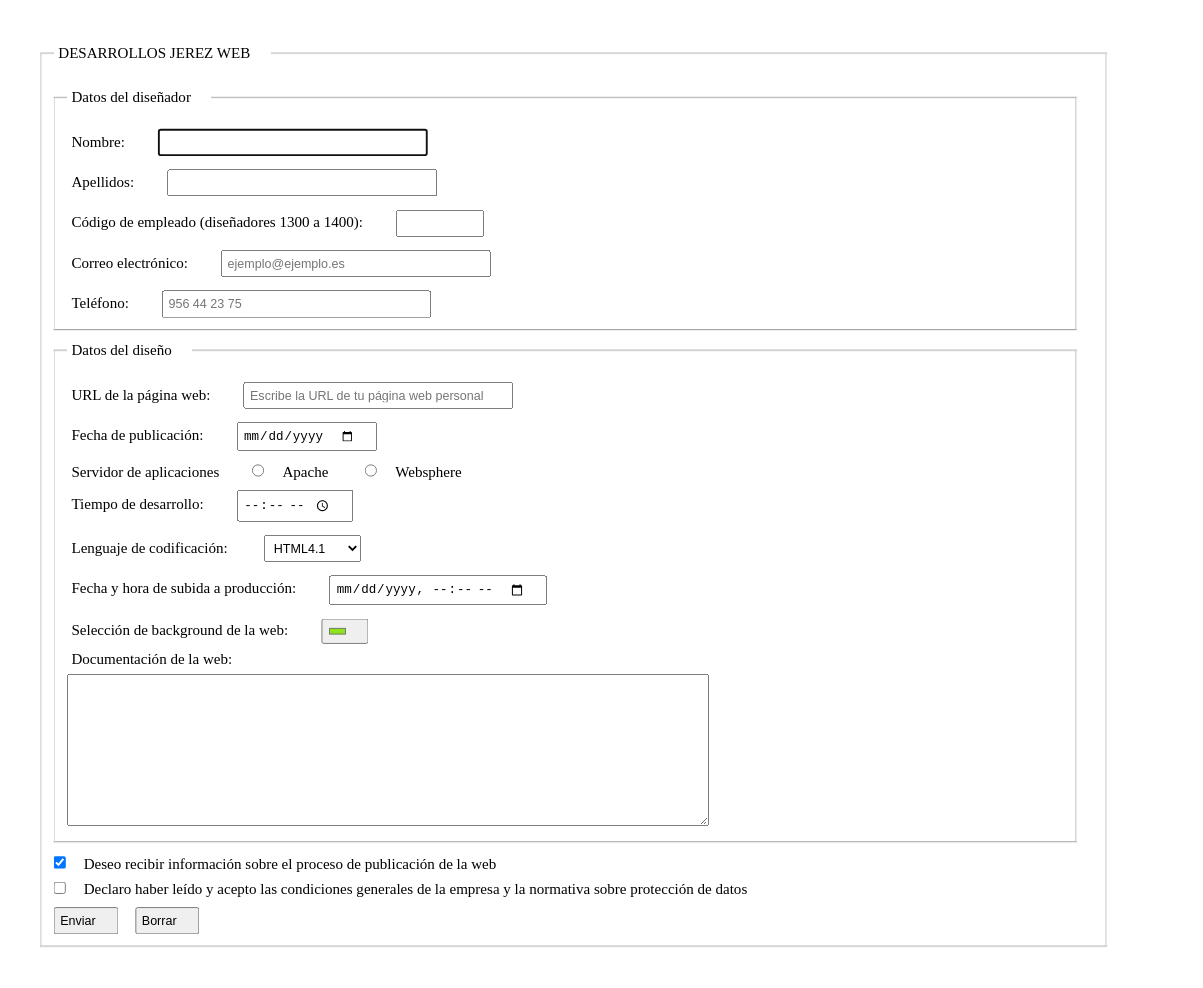
Repository: iSaan86/EV_Practica_FormularioCSS
Page: index.html
An editor plug-in stored every save of this project. The page is shown before and after the next save, followed by the edit.
The browser window is 1280 px wide. The pictures show the whole page, at 94% of full size.

Above is the page before, as saved 2024-01-11 17:32:40.

### index.html
<!DOCTYPE html>
<html lang="es-ES">

<head>
    <meta charset="UTF-8">
    <meta name="viewport" content="width=device-width, initial-scale=1.0">
    <meta name="keywords" content="formulario, html, css, practica">
    <meta name="description" content="Formularios">
    <meta name="author" content="Alexandra Ferrera Arenas">
    <link rel="icon" type="image/x-icon" href="img/logo-giro.png">
    <link rel="stylesheet" href="css/estilo.css">
    <title> Desarrollos JEREZ WEB </title>
</head>

<body>
    <!-- ABRO FORMULARIO -->
    <form method="get" action="" name="formulario1" id="formulario1">
        <!--AGRUPACION GENERAL-->
        <fieldset>
            <legend class="datos">DESARROLLOS JEREZ WEB</legend>
            <fieldset><legend class="datos2">Datos del diseñador</legend>
                <label for="nombre">Nombre:</label><input type="text" id="nombre" name="nombre" alt="indique su nombre" size="30%" autofocus required maxlength="50"><br>
                <label for="apellidos">Apellidos:</label><input type="text" id="apellidos" name="apellidos" alt="indique sus apellidos" size="30%" required maxlength="50"><br>
                <label for="codigo">Código de empleado (diseñadores 1300 a 1400):</label><input type="number" id="codigo" name="codigo" alt="indique su código de empleado" required min="1300" max="1400"><br>
                <label for="email">Correo electrónico:</label><input type="email" id="email" name="email" alt="indique su email" size="30%" placeholder="ejemplo@ejemplo.es" required><br>
                <label for="telefono">Teléfono:</label><input type="tel" id="telefono"  name="telefono" alt="indique su telefono" size="30%" placeholder="956 44 23 75"><br>
            </fieldset>
            <fieldset><legend class="datos2">Datos del diseño</legend>
                <label for="url">URL de la página web:</label><input type="url" id="url" name="url" alt="indique la URL de tu pagina web personal" size="30%" placeholder="Escribe la URL de tu página web personal"><br>
                <label for="fecha">Fecha de publicación:</label><input type="date" name="fecha" id="fecha"><br>
                <label for="servidor">Servidor de aplicaciones</label><input type="radio" id="apache" name="servidor" alt="verificar apache" value="Apache"><label for="hombre">Apache</label>
                <input type="radio" id="websphere" name="servidor" alt="verificar websphere" value="Websphere"><label for="mujer">Websphere</label><br>
                <label for="tiempo">Tiempo de desarrollo:</label><input type="time" name="tiempo" id="tiempo"><br>
                <label for="lenguaje">Lenguaje de codificación:</label>
                <select id="lenguaje" name="lenguaje" alt="Elija lenguaje de codificación"><br>
                    <option value="html4.1">HTML4.1</option>
                    <option value="xhtml">XHTML</option>
                    <option value="html5">HTML5</option>
                </select><br>
                <label for="fechayhora">Fecha y hora de subida a producción:</label><input type="datetime-local" name="fechayhora" size="30%"><br>
                <label for="fondo">Selección de background de la web:</label><input type="color" name="fondo" size="30%" value="#8ee41b"><br>
                <label for="areatexto">Documentación de la web:</label><br>
                <textarea name="areatexto" cols="80" rows="10"></textarea>
            </fieldset>
            <input type="checkbox" name="acepto1" id="acepto1" alt="Check acepto recibir información" checked><label for="acepto1">Deseo recibir información sobre el proceso de publicación de la web</label><br>
            <input type="checkbox" name="acepto2" id="acepto2" alt="Check acepto condiciones"><label for="acepto1">Declaro haber leído y acepto las condiciones generales de la empresa y la normativa sobre protección de datos</label><br>
            <input type="submit" value="Enviar" alt="enviar formulario">
            <input type="reset" value="Borrar" alt="Borrar formulario">




        </fieldset>
    </form>




</body>





</html>

### css/estilo.css
@charset "UTF-8";

/* Para todo el html */
*{
    padding: 5px;
    margin:7px;
    padding-right: 2%;
}

After the next save:
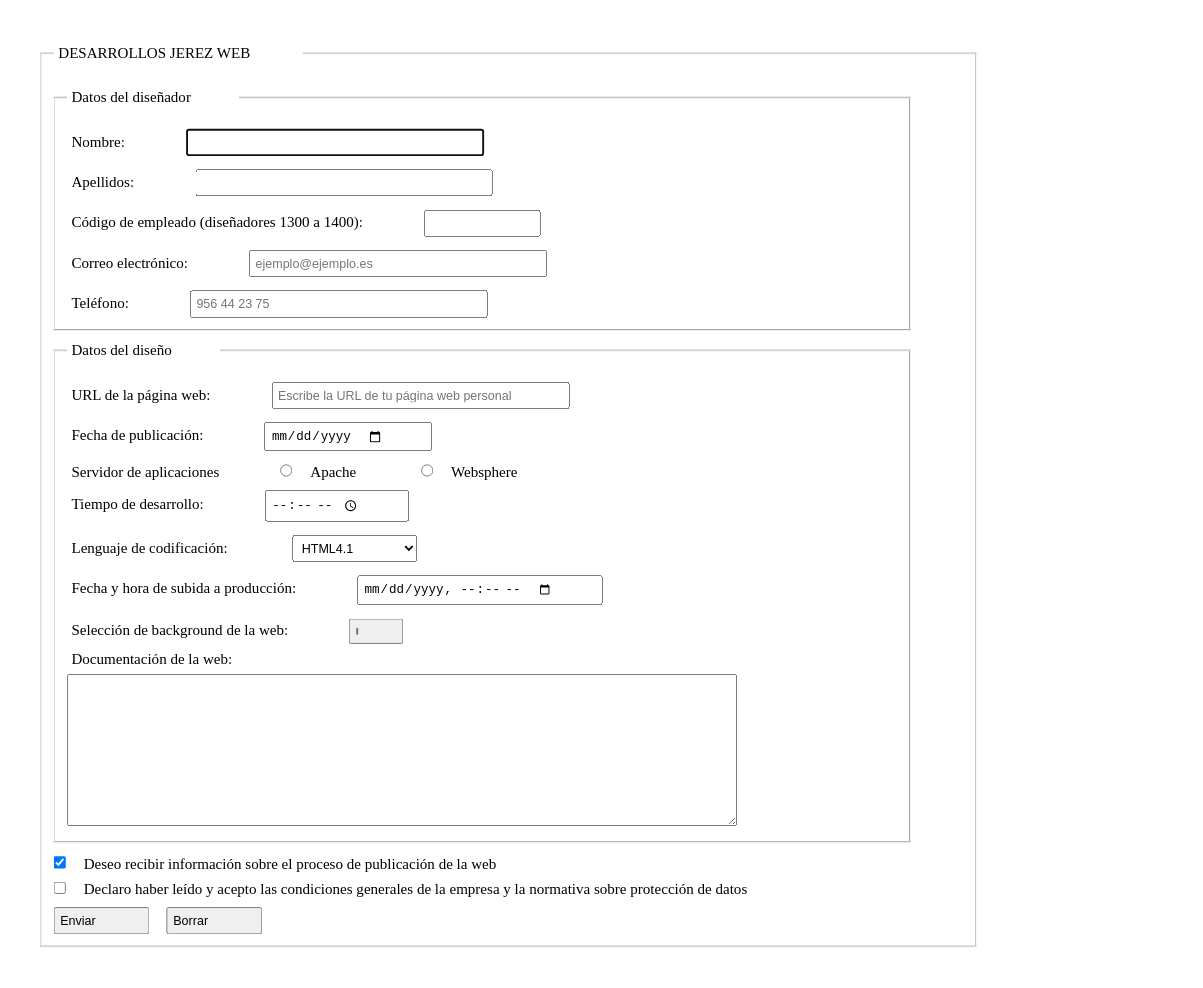
Saved 12 s later.
--- a/css/estilo.css
+++ b/css/estilo.css
@@ -4,5 +4,5 @@
 *{
     padding: 5px;
     margin:7px;
-    padding-right: 2%;
+    padding-right: 6%;
 }
